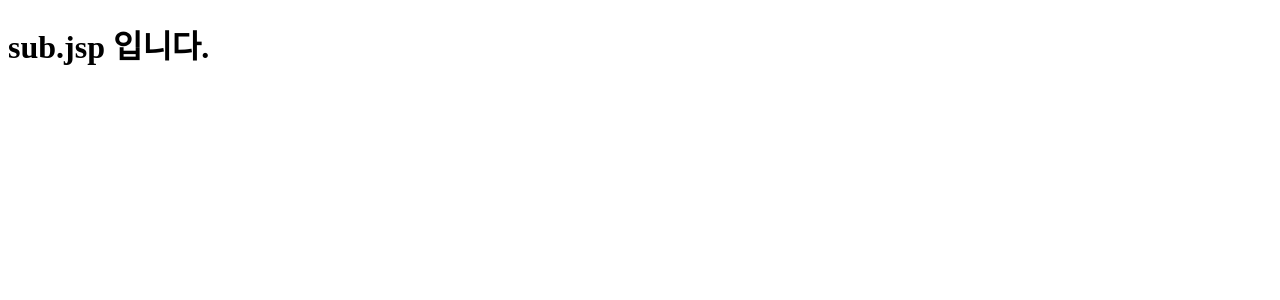
Repository: dkajffkeh/DynamicWebProject
Page: http://localhost/Lec_12_ActionTag/main.jsp
These files come from the project's save history. The page is drawn as it stood at one moment and after the next save; the edit follows.
The browser window is 1280 px wide. The pictures show the whole page.
The page is served by Tomcat 9.

Above is the page before, as saved 2020-10-08 07:07:28.

### Lec_12_ActionTag/WebContent/main.jsp
<%@ page language="java" contentType="text/html; charset=UTF-8"
    pageEncoding="UTF-8"%>
<!DOCTYPE html>
<html>
<head>
<meta charset="UTF-8">
<title>Insert title here</title>
</head>
<body>
<h1>main.jsp Page 입니다!</h1>

<jsp:forward page="views/sub.jsp"></jsp:forward>

</body>
</html>

### Lec_12_ActionTag/WebContent/views/sub.jsp
<%@ page language="java" contentType="text/html; charset=UTF-8"
    pageEncoding="UTF-8"%>
<!DOCTYPE html>
<html>
<head>
<meta charset="UTF-8">
<title>Insert title here</title>
</head>
<body>
<h1>sub.jsp 입니다.</h1>
</body>
</html>

After the next save:
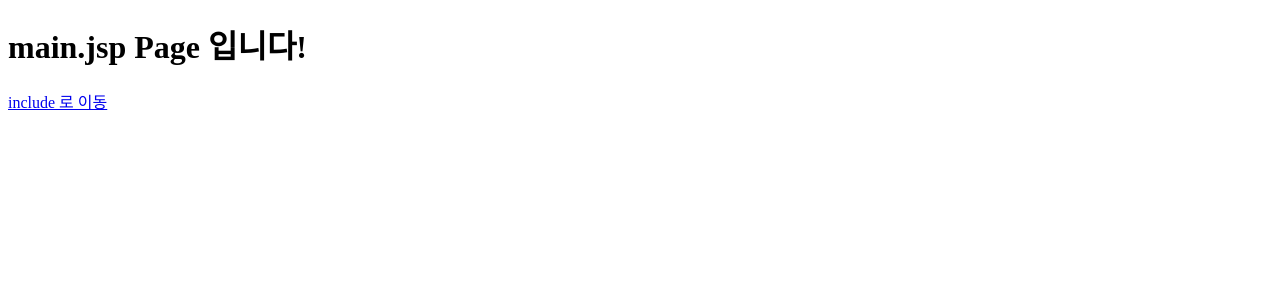
Saved 3 min 55 s later.
--- a/Lec_12_ActionTag/WebContent/main.jsp
+++ b/Lec_12_ActionTag/WebContent/main.jsp
@@ -8,8 +8,10 @@
 </head>
 <body>
 <h1>main.jsp Page 입니다!</h1>
+<%-- 이렇게 실행하면 main 이 실행 하자마자 sub.jsp 로 넘겨버림 url 은 안변함 --%>
+<%-- <jsp:forward page="views/sub.jsp"></jsp:forward> --%>
 
-<jsp:forward page="views/sub.jsp"></jsp:forward>
+<a href="include01.jsp">include 로 이동</a>
 
 </body>
 </html>
